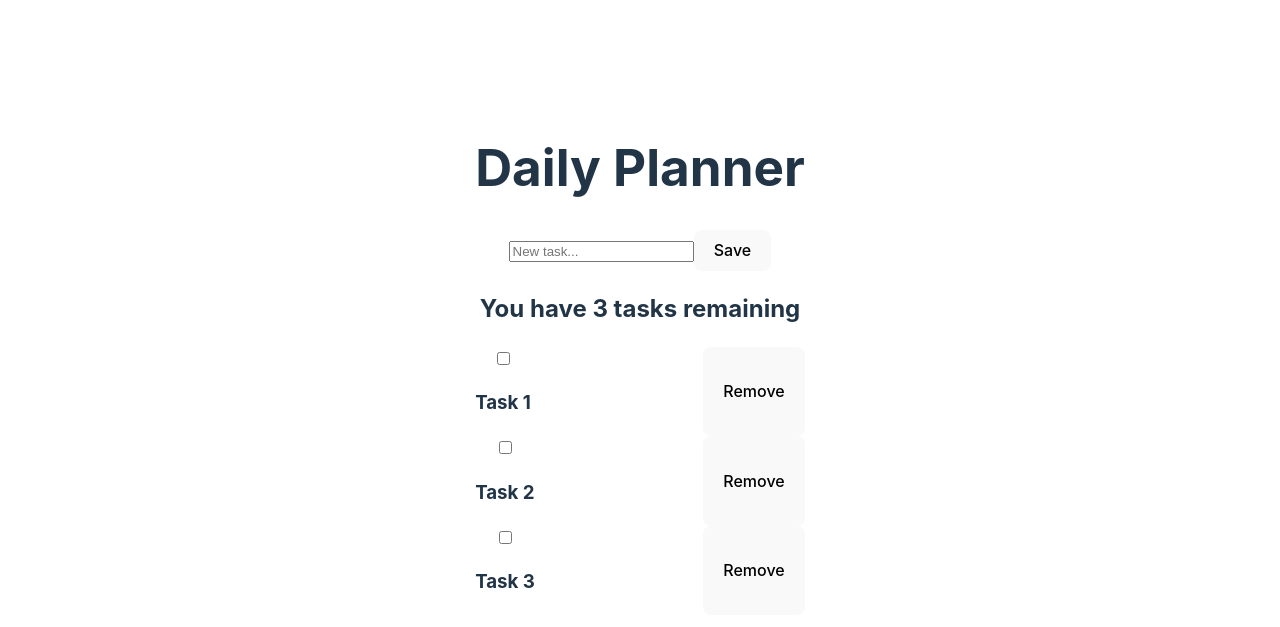
Repository: Vanessahyc/COMP3170_Week6_Lab4
Page: /
An editor plug-in stored every save of this project. The page is shown before and after the next save, followed by the edit.
The browser window is 1280 px wide. The pictures show the whole page.
The project was rebuilt for these pictures with package versions that can differ from the ones it lists, and the page was loaded fresh each time. Also part of the build but not shown: vite.config.js.

Above is the page before, as saved 2024-10-20 00:09:27.

### src/App.jsx
import { useState } from 'react';
// import reactLogo from './assets/react.svg'
// import viteLogo from '/vite.svg'
import './App.css';
import TaskList from './components/TaskList';
import { initialTasksList } from './data/initialTasksList';


function App() {
  const [preTaskList, setPreTaskList] = useState(initialTasksList);

  const [newTask, setNewTask] = useState('');

  const handleInputChange = (e) => {setNewTask(e.target.value);};

  const handleSave = (e) => {
    e.preventDefault();
    if (newTask.trim()) {
      const newTaskDefault = {id: preTaskList.length ? preTaskList[preTaskList.length - 1].id + 1 : 1, task: newTask, completed: false};
      setPreTaskList([...preTaskList, newTaskDefault]);
      setNewTask('');
    }
  };

  const handleRemove = (taskId) => {
    setPreTaskList(prevTasksStatus => prevTasksStatus.filter(task => task.id !== taskId));
  };

  const handleToggleCheckbox = (taskId) => {
    setPreTaskList(prevTasksStatus => prevTasksStatus.map(task => task.id === taskId ? { ...task, completed: !task.completed } : task ));
  };

  return (
    <>
      <header>
        <h1>Daily Planner</h1>
      </header>
      <form onSubmit={handleSave}>
        <input type='text' className='input_box' placeholder='New task...' value={newTask} onChange={handleInputChange}/>
        <button type='submit' className='save_btn'>Save</button>
      </form>
      <TaskList taskRemain={preTaskList} onRemove={handleRemove} onToggle={handleToggleCheckbox} />
    </>
  )
}

export default App

### src/App.css
#root {
  max-width: 1280px;
  margin: 0 auto;
  padding: 2rem;
  text-align: center;
}

.logo {
  height: 6em;
  padding: 1.5em;
  will-change: filter;
  transition: filter 300ms;
}
.logo:hover {
  filter: drop-shadow(0 0 2em #646cffaa);
}
.logo.react:hover {
  filter: drop-shadow(0 0 2em #61dafbaa);
}

@keyframes logo-spin {
  from {
    transform: rotate(0deg);
  }
  to {
    transform: rotate(360deg);
  }
}

@media (prefers-reduced-motion: no-preference) {
  a:nth-of-type(2) .logo {
    animation: logo-spin infinite 20s linear;
  }
}

.card {
  padding: 2em;
}

.read-the-docs {
  color: #888;
}

.task {
  list-style: none;
  display: flex;
  gap: 10px;
  justify-content: space-between;
}

### src/components/TaskList.jsx
// export default function TaskList({taskRemain, onRemove, onToggle}) {
//     const tasksNum = taskRemain.filter(task => !task.completed).length;
//     const taskList = taskRemain.map((tasksItem) => (
//         <li key={tasksItem.id} className="task">
//             <input type="checkbox" checked={tasksItem.completed} onChange={() => onToggle(tasksItem.id)}/>
//             <p className={`task-topic ${tasksItem.completed ? 'checked' : ''}`}>{tasksItem.task}</p>
//             <button onClick={() => onRemove(tasksItem.id)}>Remove</button>
//         </li>
//     ));


//     return(
//         <>
//           <h2>You have {tasksNum} tasks remaining</h2>
//           <ul>
//             {taskList}
//           </ul>
//         </>
//     );
// }

export default function TaskList({ taskRemain, onRemove, onToggle }) {
  // Calculate remaining tasks that are not completed
  const tasksNum = taskRemain.filter(task => !task.completed).length;

  // Create the list of tasks to display
  const taskList = taskRemain.map((tasksItem) => (
    <div key={tasksItem.id} className="task">
      <div className="task_title">
        <input type="checkbox" checked={tasksItem.completed} onChange={() => onToggle(tasksItem.id)} />
        <h3 className={`task-topic ${tasksItem.completed ? 'checked' : ''}`}>{tasksItem.task}</h3>
      </div>
      <button onClick={() => onRemove(tasksItem.id)}>Remove</button>
    </div>
  ));

  return (
    <>
      <h2>You have {tasksNum} tasks remaining</h2>
      <div className="tasklist_container">
        {taskList}
      </div>
    </>
  );
}

### src/data/initialTasksList.js
export const initialTasksList = [
    {
      id: 1,
      task: 'Task 1',
      completed: false
    },
    {
      id: 2,
      task: 'Task 2',
      completed: false
    },
    { id: 3,
      task: 'Task 3',
      completed: false
    }
  ];

Loaded but not shown: index.html (common file); src/main.jsx (common file); src/index.css (common file)

After the next save:
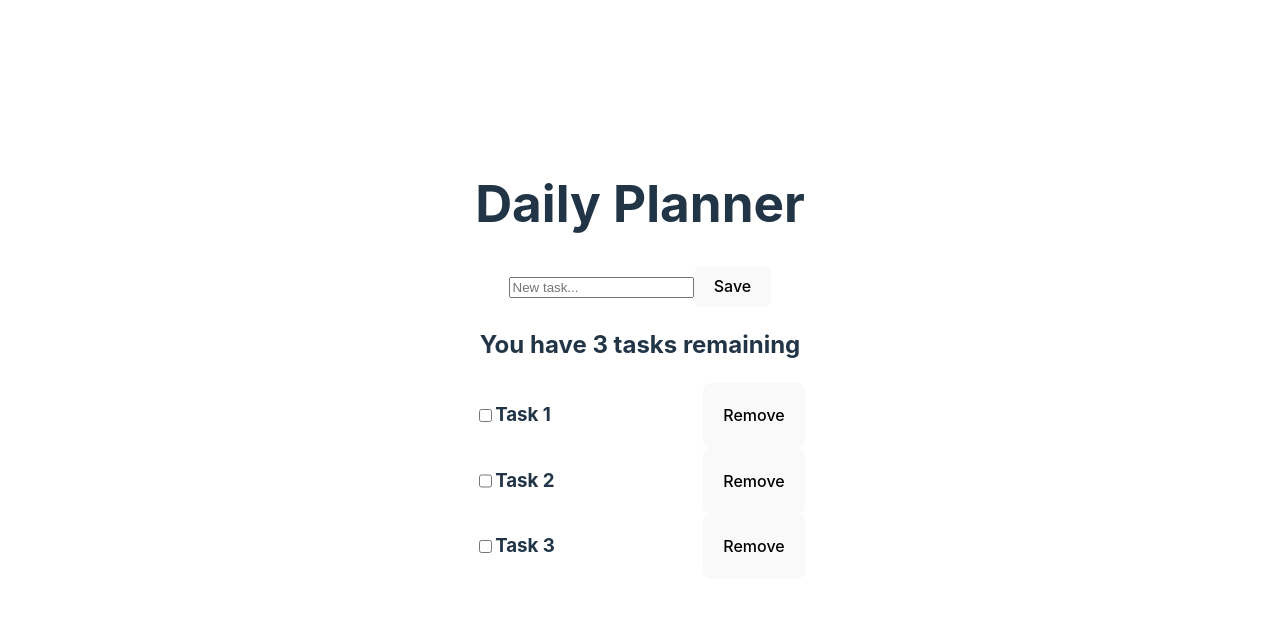
Saved 19 s later.
--- a/src/App.css
+++ b/src/App.css
@@ -47,3 +47,7 @@
   gap: 10px;
   justify-content: space-between;
 }
+
+.task_title {
+  display: flex;
+}
